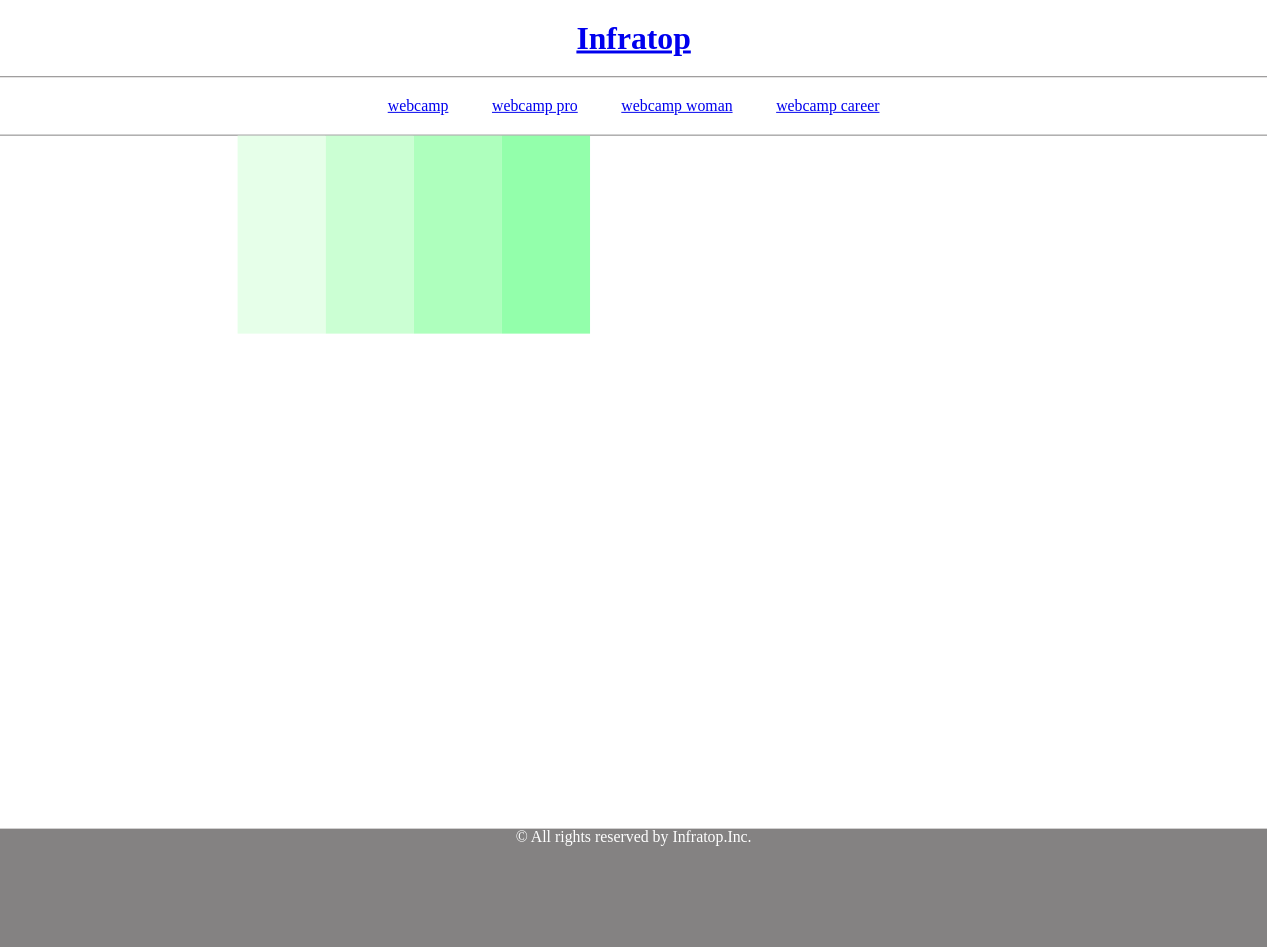
Repository: ryosei-110/HTML-CSS-
Page: 1-5exercise/index.html
The author's editor kept a record of every edit. The page is drawn from the files as they stood at one moment, then again after the next edit.
The browser window is 1280 px wide. The pictures show the whole page, at 99% of full size.

Above is the page before.

After the next edit:
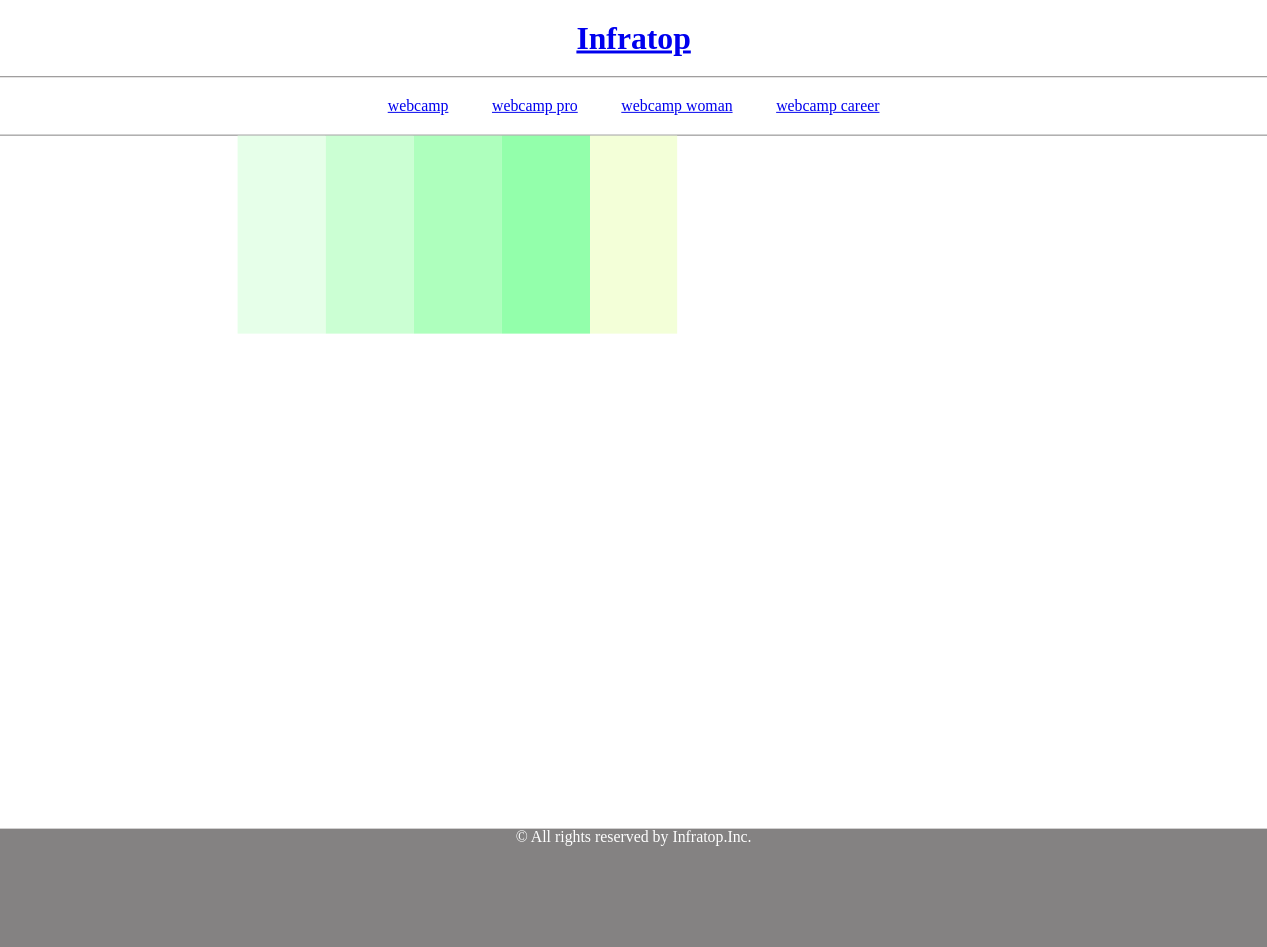
The edit:
--- a/1-5exercise/style.css
+++ b/1-5exercise/style.css
@@ -60,7 +60,7 @@
 .box5 {
   width: 200px;
   height: 200px;
-  color: #f3ffd8;
+  background-color: #f3ffd8;
 }
 
 .box6 {
